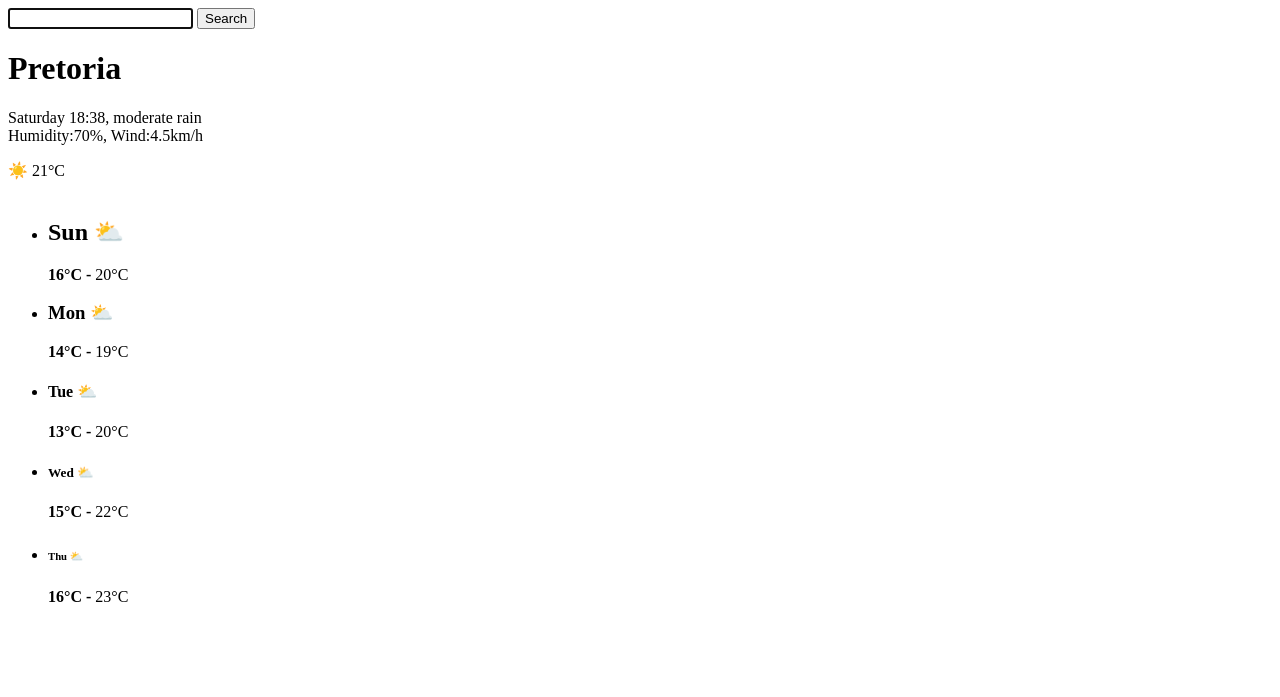
Repository: onalennaleso/empty
Page: weather.html
The author's editor kept a copy of each file at every save. The page is drawn from the files as they stood at one save, then again after the next save.
The browser window is 1280 px wide. The pictures show the whole page.

Above is the page before, as saved 2024-02-22 04:54:29.

After the next save:
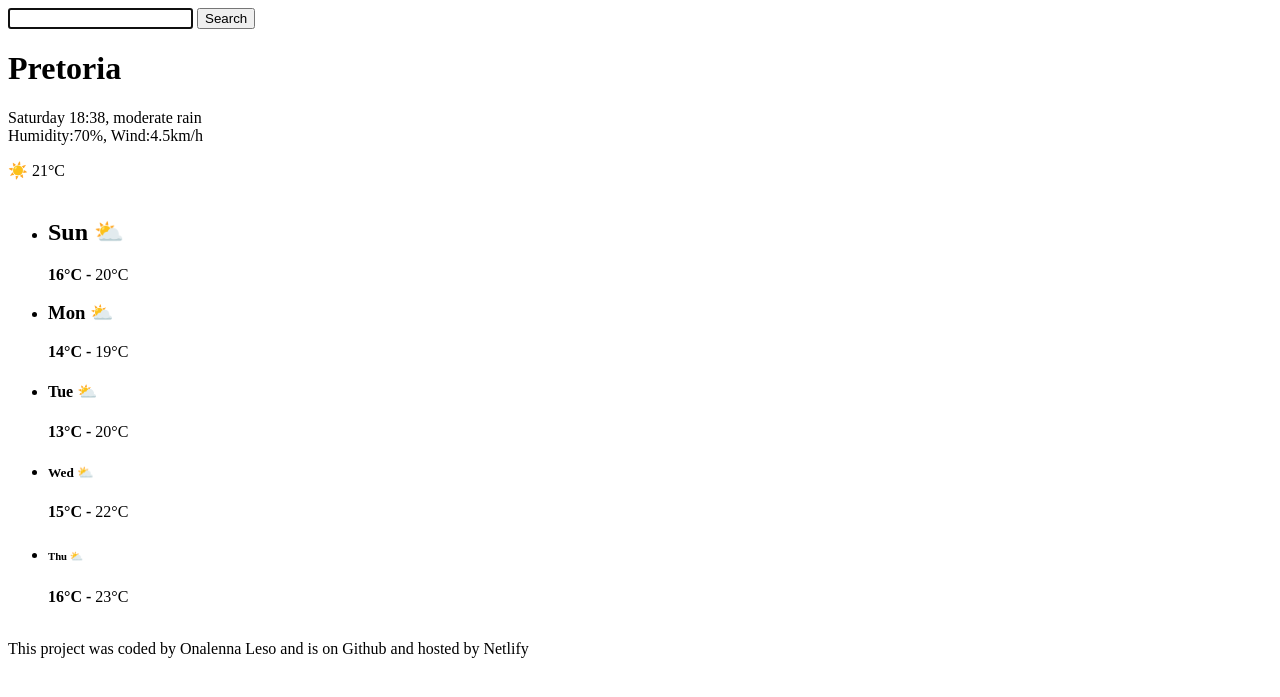
Saved 5 min 38 s later.
--- a/weather.html
+++ b/weather.html
@@ -56,6 +56,10 @@
             <p><strong>16&deg;C -</strong> 23&deg;C</p>
         </li>
     </ul>
+    <br />
+    <div>
+        This project was coded by Onalenna Leso and is on Github and hosted by Netlify
+    </div>
 
 </body>
 
